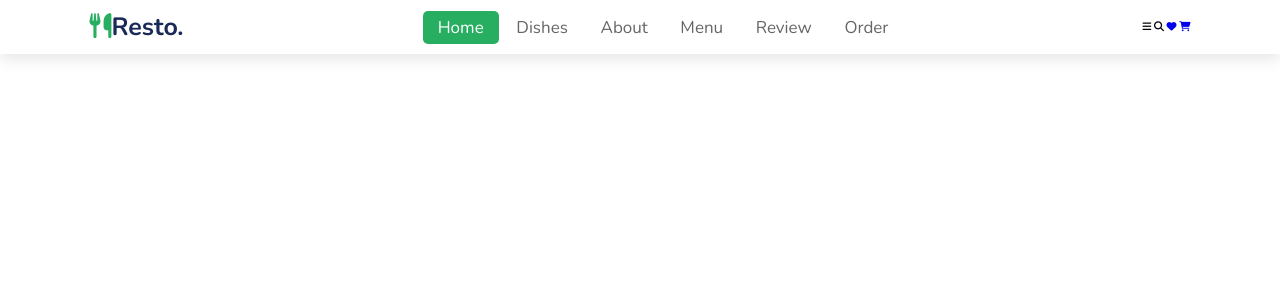
Repository: CarsonDev1/FoodWeb
Page: index.html
An editor plug-in stored every save of this project. The page is shown before and after the next save, followed by the edit.
The browser window is 1280 px wide. The pictures show the whole page.
Some web libraries are served in a nearby version.

Above is the page before, as saved 2022-05-18 17:57:31.

### index.html
<!DOCTYPE html>
<html lang="en">
  <head>
    <meta charset="UTF-8" />
    <meta http-equiv="X-UA-Compatible" content="IE=edge" />
    <meta name="viewport" content="width=device-width, initial-scale=1.0" />
    <title>Document</title>
    <!-- CSS link -->
    <link rel="stylesheet" href="./css/style.css" />
    <!-- Google font -->
    <link rel="preconnect" href="https://fonts.googleapis.com" />
    <link rel="preconnect" href="https://fonts.gstatic.com" crossorigin />
    <link
      href="https://fonts.googleapis.com/css2?family=DM+Sans:wght@700&family=Manrope:wght@400;700;800&family=Nunito:wght@200;300;400;600;700&display=swap"
      rel="stylesheet"
    />
    <!-- font awesome cdn link -->
    <link
      rel="stylesheet"
      href="https://cdnjs.cloudflare.com/ajax/libs/font-awesome/6.1.1/css/all.min.css"
    />
  </head>
  <body>
    <!-- Header section start -->
    <header>
      <a href="#" class="logo"><i class="fas fa-utensils"></i>resto.</a>
      <nav class="navbar">
        <a class="active" href="#home">home</a>
        <a href="#dishes">dishes</a>
        <a href="#about">about</a>
        <a href="#menu">menu</a>
        <a href="#review">review</a>
        <a href="#order">order</a>
      </nav>
      <div class="icons">
        <i class="fas fa-bars" id="bars"></i>
        <i class="fas fa-search" id="search-icon"></i>
        <a href="#" class="fas fa-heart"></a>
        <a href="#" class="fas fa-shopping-cart"></a>
      </div>
    </header>
    <!-- Header section end -->
    <!-- JS file link -->
    <script src="./js/app.js"></script>
  </body>
</html>

### css/style.css
:root {
  --green: #27ae60;
  --black: #192a56;
  --light-color: #666;
  --box-shadow: 0 0.5rem 1.5rem rgba(0, 0, 0, 0.1);
}
* {
  font-family: "Nunito", sans-serif;
  margin: 0;
  padding: 0;
  box-sizing: border-box;
  text-decoration: none;
  outline: none;
  border: none;
  text-transform: capitalize;
  transition: all 0.2s linear;
}
html {
  font-size: 62.5%;
  overflow-x: hidden;
  scroll-padding-top: 5.5rem;
  scroll-behavior: smooth;
}
header {
  position: fixed;
  top: 0;
  left: 0;
  right: 0;
  background: #fff;
  padding: 1rem 7%;
  display: flex;
  align-items: center;
  justify-content: space-between;
  z-index: 1000;
  box-shadow: var(--box-shadow);
}
header .logo {
  color: var(--black);
  font-size: 2.5rem;
  font-weight: bolder;
}
header .logo i {
  color: var(--green);
}
header .navbar a {
  font-size: 1.7rem;
  border-radius: 0.5rem;
  padding: 0.5rem 1.5rem;
  color: var(--light-color);
}
header .navbar a.active,
header .navbar a:hover {
  background: var(--green);
  color: #fff;
}
header .icons i,
header .icons a {
  cursor: pointer;
}

Loaded but not shown: js/app.js (no copy from this time; the picture is the same without it)

After the next save:
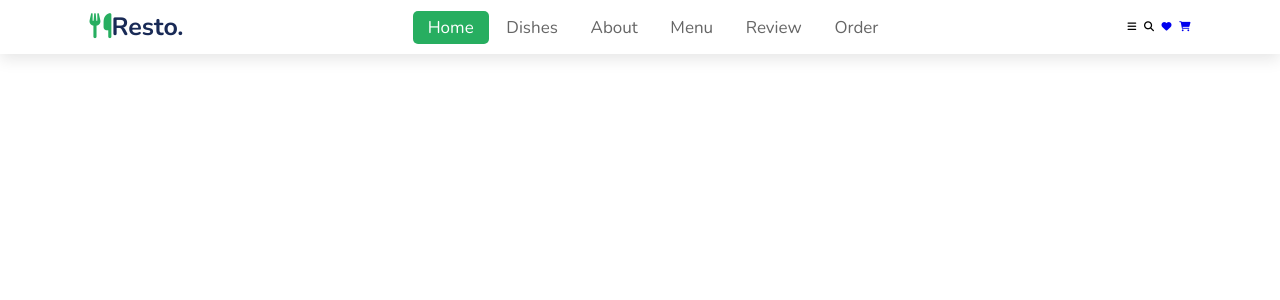
Saved 74 s later.
--- a/css/style.css
+++ b/css/style.css
@@ -56,4 +56,5 @@ header .navbar a:hover {
 header .icons i,
 header .icons a {
   cursor: pointer;
+  margin-left: 0.5rem;
 }
